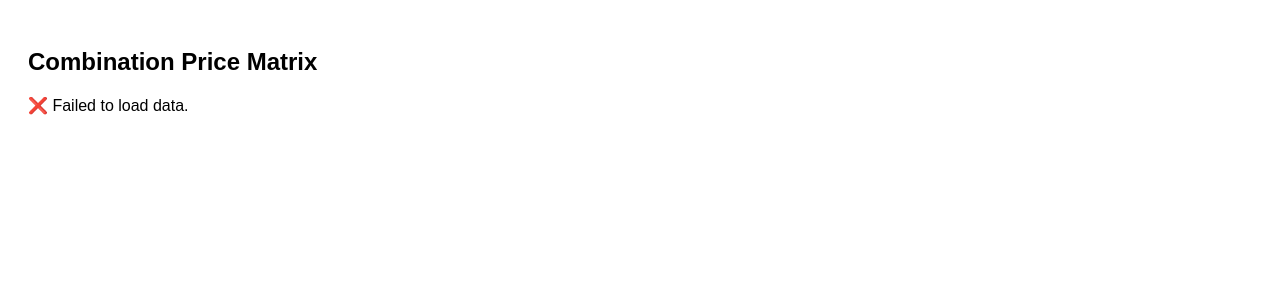
Repository: creesler/minimoqpricing
Page: index.html
An editor plug-in stored every save of this project. The page is shown before and after the next save, followed by the edit.
The browser window is 1280 px wide. The pictures show the whole page.
The page's requests for data from a server got no answer.

Above is the page before, as saved 2025-05-10 11:20:11.

After the next save:
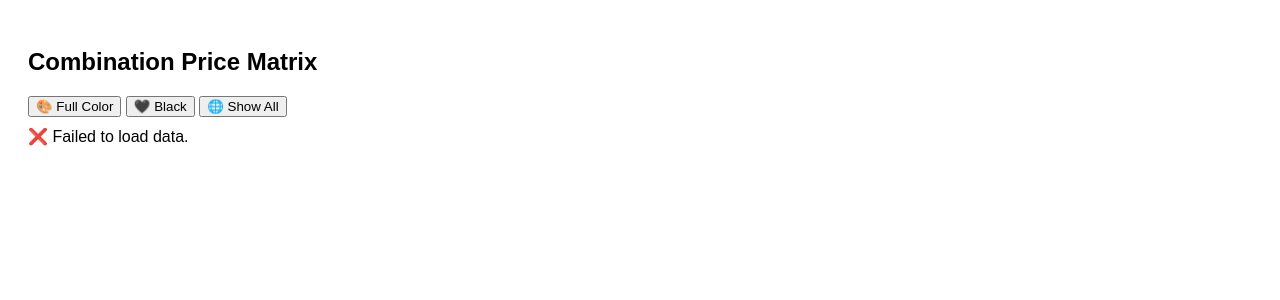
Saved 16 min 25 s later.
--- a/index.html
+++ b/index.html
@@ -26,12 +26,41 @@
 </head>
 <body>
   <h2>Combination Price Matrix</h2>
+
+  <div style="margin-bottom: 10px;">
+    <button onclick="filterGroup('Full Color')">🎨 Full Color</button>
+    <button onclick="filterGroup('Black')">🖤 Black</button>
+    <button onclick="filterGroup('All')">🌐 Show All</button>
+  </div>
+
   <div id="overlay">⏳ Saving... Please wait</div>
   <div id="tableContainer">Loading...</div>
 
   <script>
     const API_URL = 'http://localhost:3000/api/combinations';
     const overlay = document.getElementById('overlay');
+    let originalData = { headers: [], rows: [], ids: [] };
+
+    function filterGroup(group) {
+      if (group === 'All') {
+        renderTable(originalData.headers, originalData.rows, originalData.ids);
+        return;
+      }
+
+      const filtered = originalData.rows.map((row, i) => ({
+        row,
+        id: originalData.ids[i]
+      })).filter(entry => {
+        return entry.row.some(value =>
+          typeof value === 'string' &&
+          value.toLowerCase().includes(group.toLowerCase())
+        );
+      });
+
+      const filteredRows = filtered.map(e => e.row);
+      const filteredIds = filtered.map(e => e.id);
+      renderTable(originalData.headers, filteredRows, filteredIds);
+    }
 
     function renderTable(headers, rows, ids) {
       const container = document.getElementById('tableContainer');
@@ -124,6 +153,13 @@
           price: row[row.length - 1],
           id: data.ids[i]
         })));
+
+        originalData = {
+          headers: data.headers,
+          rows: data.rows,
+          ids: data.ids
+        };
+
         renderTable(data.headers, data.rows, data.ids);
       } catch (err) {
         document.getElementById('tableContainer').innerHTML = "❌ Failed to load data.";
@@ -151,9 +187,5 @@
       overlay.style.display = 'none';
     });
   </script>
-
-
-
-
 </body>
 </html>
